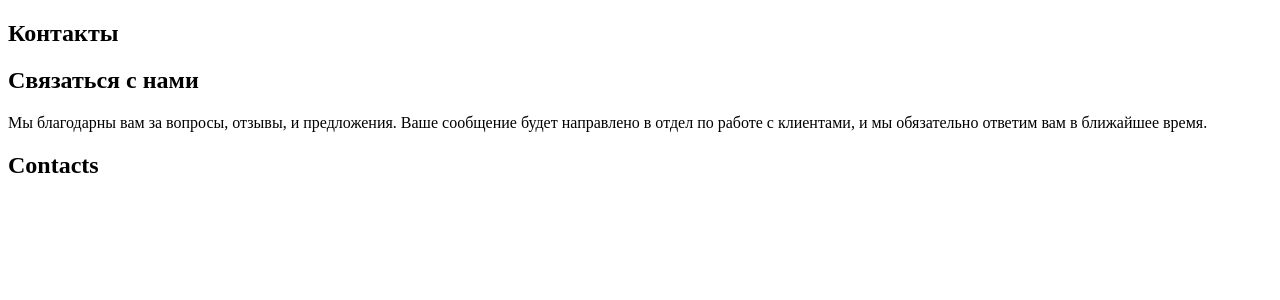
Repository: Azimich/Cleaning_
Page: src/pages/MainPage/contacts/contacts.html
The author's editor kept a copy of each file at every save. The page is drawn from the files as they stood at one save, then again after a run of saves.
The browser window is 1280 px wide. The pictures show the whole page.

Above is the page before, as saved 2022-10-11 20:44:20.

After the next 3 saves:
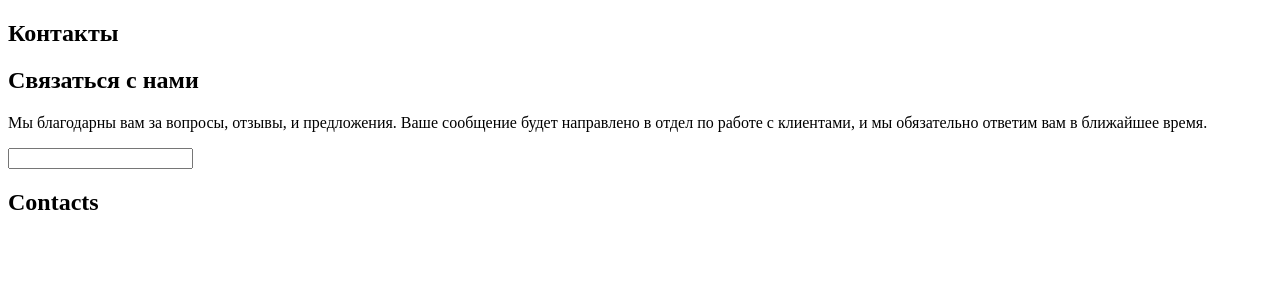
The 3 saves are shown as one change because they came seconds apart.
The last was saved 20 s later.
--- a/src/pages/MainPage/contacts/contacts.html
+++ b/src/pages/MainPage/contacts/contacts.html
@@ -14,7 +14,7 @@
             Мы благодарны вам за вопросы, отзывы, и предложения. Ваше сообщение будет направлено в отдел по работе с клиентами, и мы обязательно ответим вам в ближайшее время.
           </p>
           <form action="#" class="contacts__form">
-
+            <input type="text"></input>
           </form>
         </div>
         <div class="contacts__maps"></div>
